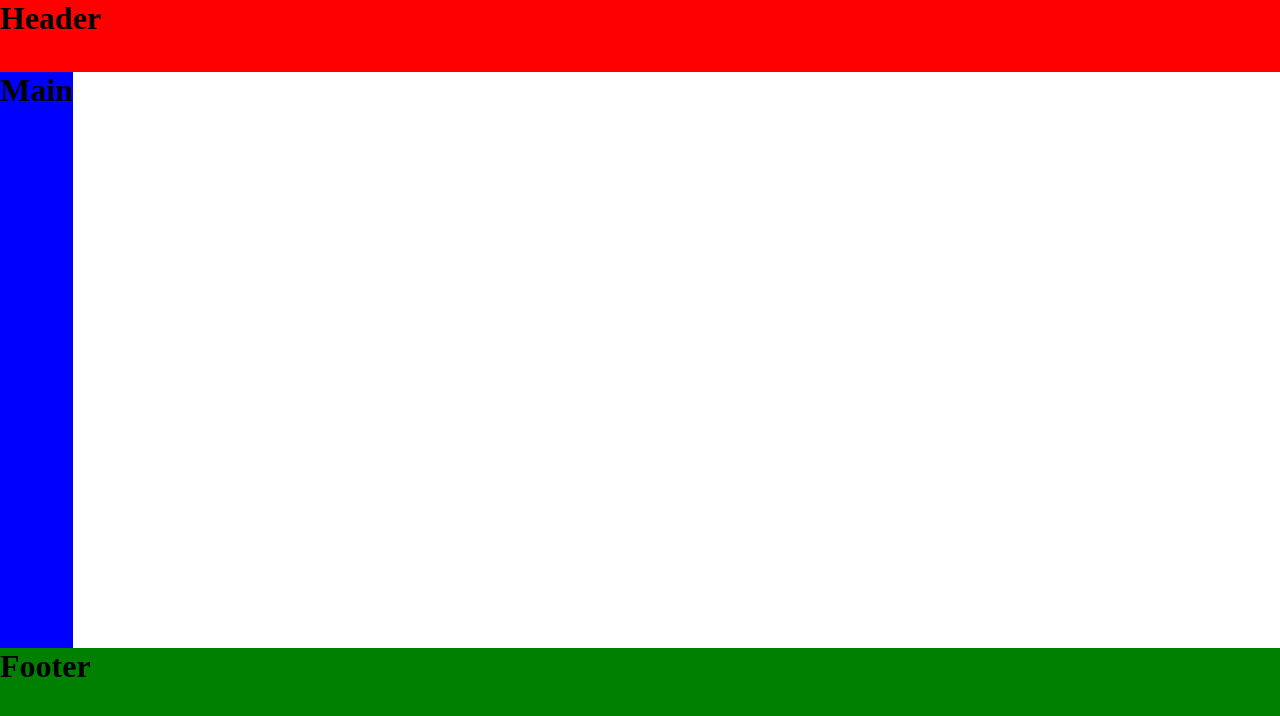
Repository: jameswilky/chess
Page: index.html
These files come from the project's save history. The page is drawn as it stood at one moment and after a run of saves; the edit follows.
The browser window is 1280 px wide. The pictures show the whole page.

Above is the page before, as saved 2018-11-22 08:35:26.
Console error: TypeError: Cannot read properties of null (reading 'getContext')

### index.html
<!DOCTYPE html>
<html>

<head>
    <meta charset="utf-8" />
    <title>Chess</title>
    <link href="style.css" rel="stylesheet">
</head>

<body>

    <div class="wrapper">
        <header>
            <h1>Header</h1>

        </header>
    </div>
    <div class="main">
        <h1>Main</h1>
        <!-- <div class="game">
            <canvas id="board"></canvas>
            <canvas id="markers"></canvas>
            <canvas id="chessmen_layer"></canvas>
        </div> -->
    </div>
    <footer>
        <h1>Footer</h1>
    </footer>
    </div>





</body>

<script src="board.js"></script>
<script src="chessmen.js"></script>
<script src="mouse.js"></script>
<script src="game.js"></script>

</html>

### style.css
* {
  padding: 0;
  margin: 0;
}

.main{
 position: absolute;
 top: 10%;
 bottom: 10%;
 background-color: blue;
}

.game{
  position: absolute;
  height: 480px;
  width: 480px;
  left:25%;
}

#board {
  left : 0; z-index:0; position: absolute;
}

#markers {
  left : 0; z-index:0; position: absolute;
}

#chessmen_layer {
 left : 0; z-index:1; position: absolute;
}

header{
  position: absolute;
  background-color: red;
  top:0;
  right: 0;
  left: 0;
  height: 10%;
}

footer{
  position: absolute;
  z-index: 3;
  right: 0;
  left: 0;
  background-color: green;
  height: 10%;
  bottom: 0;
}

### board.js
//Define globals
const WIDTH = 480;
const HEIGHT = 480;
const N = 8;
const TILE_SIZE = HEIGHT / N; // 60

//Define board canvas
const board = document.getElementById("board");
const board_ctx = board.getContext("2d");
board.height = HEIGHT;
board.width = WIDTH;
let primary_color = "#a87e2b";
let secondary_color = "#ffdf9e";

//Define marker layer
const markers = document.getElementById("markers");
const markers_ctx = markers.getContext("2d");
markers.height = HEIGHT;
markers.width = WIDTH;

//Define chessmen layer
const chessmen_layer = document.getElementById("chessmen_layer");
const chessmen_ctx = chessmen_layer.getContext("2d");
chessmen_layer.height = HEIGHT;
chessmen_layer.width = WIDTH;

//Used for drawing
function drawRect(ctx, x, y, color) {
  ctx.beginPath();
  ctx.rect(x, y, TILE_SIZE, TILE_SIZE);
  ctx.fillStyle = color;
  ctx.fill();
  ctx.closePath();
}

function initialize_board() {
  // Initialize graphical and logical board
  let i, j, x, y = 0;
  let prev_color;
  for (i = 0; i < N; i++) {
    y = TILE_SIZE * i;
    if (i % 2 == 0) { //If even, start with a black grid
      prev_color = secondary_color;
    }
    else { //If odd, start with a #ffcf7c grid
      prev_color = primary_color;
    }
    for (j = 0; j < N; j++) {
      x = TILE_SIZE * j;

      if (prev_color == primary_color) { //If last block black, make this block #ffcf7c
        prev_color = secondary_color;
      }
      else if (prev_color == secondary_color) { //If last block #ffcf7c, make this block black
        prev_color = primary_color;
      }
      drawRect(board_ctx, x, y, prev_color);

    }
  }
}

### chessmen.js
let chessmen = []; // Hold living chest piece objects

// Populate list of current chess pieces
function init_chessmen(items) {
  for (let id = 0; id < items.length; id++) {
    chessmen[id] = new Chessman(id, items[id].type, items[id].row, items[id].col, items[id].faction);
    chessmen[id].render(chessmen_ctx);
  }
}

//Chest piece constructor
function Chessman(id, type, row, col, faction) {
  this.name = type + "_" + faction + "_" + id;
  this.id = id;
  this.type = type;
  this.position = {
    logical: { col: col, row: row },
    graphical: { //calculate position of chest piece
      x: (col * TILE_SIZE), y: (row * TILE_SIZE)
    }
  }
  this.faction = faction;
  this.sprite = "/images/" + type + "_" + faction + ".png";
  this.options = []; // holds objects containing possible locations to move
  this.render = function () {
    //Draws the chest piece
    let img = new Image();
    let x = this.position.graphical.x;
    let y = this.position.graphical.y;
    console.log(x, y)

    img.onload = function () {
      //Loads when img.src is called
      chessmen_ctx.beginPath();
      chessmen_ctx.drawImage(img, x, y);
      chessmen_ctx.closePath();
    }
    img.src = this.sprite;
  }
  this.derender = function () {
    chessmen_ctx.beginPath();
    chessmen_ctx.clearRect(this.position.graphical.x, this.position.graphical.y, TILE_SIZE, TILE_SIZE);
    chessmen_ctx.closePath();
  }
  this.calculate_movement_options = function () {
    //This function is used to determine the coordinates of each possible move for a selected tile
    this.options = []; //clear last options
    let j = 0;
    let i = 0; //used to iterate through list of options
    //console.log(type, faction, row, col)
    let r = this.position.logical.row;
    let c = this.position.logical.col;

    let options = this.options;

    function check_tile(row, col, diag, isPawn) {
      //diag is an optional variable for pawn sideways movement logic
      diag = diag || false;
      isPawn = isPawn || false;

      //Checks the status of the board to see if the chessman can move to selected tile

      let option = {}; //edited, used to hold {faction:faction}
      //Check tile does not exceed bounds of the board
      if (row > 7 || row < 0 || col > 7 || col < 0) {
        return false;
      }

      //Check if target tile contains a chessman of same faction
      let isFriendly = false;
      let isEnemy = false;

      chessmen.forEach(chessman => {
        if (chessman.position.logical.row == row && chessman.position.logical.col == col) { //Check if position is occupied
          if (chessman.faction == faction) {
            isFriendly = true;
          }
          else { //tile is occupied by enemy
            isEnemy = true;
          }
          option.contains = chessman;
        }
      })

      //pawn logic
      if (diag && isEnemy) {
        option.row = row;
        option.col = col;
        options[i] = option;
        i++;
      }
      if (diag && !isEnemy) {
        return
      }

      //if tile does not contain friendly chessmen, or if its an enemy create new option
      if (!isFriendly || isEnemy) {
        option.row = row;
        option.col = col;
        options[i] = option;
        i++;
      }
      return isFriendly || isEnemy;

    }

    if (this.type == "pawn") {
      if (this.faction == "black") {
        check_tile(r + 1, c);//south
        check_tile(r + 1, c + 1, true) // south East
        check_tile(r + 1, c - 1, true) //south West
        if (this.nMoves == 0) {
          check_tile(r + 2, c); //Extra move on first turn
        }
      }
      if (this.faction == "white") {
        check_tile(r - 1, c); //north
        check_tile(r - 1, c + 1, true) // North East
        check_tile(r - 1, c - 1, true) //North West
        if (this.nMoves == 0) {
          check_tile(r - 2, c); //Extra move on first turn
        }
      }
    }
    if (this.type == "rook") {
      for (j = 0; j < N; j++) {// South
        if (check_tile(r + j + 1, c) == true) break
      }
      for (j = 0; j < N; j++) {// East
        if (check_tile(r, c + j + 1) == true) break
      }
      for (j = 0; j < N; j++) {// North
        if (check_tile(r - j - 1, c) == true) break
      }
      for (j = 0; j < N; j++) {// West
        if (check_tile(r, c - j - 1) == true) break
      }
    }
    if (this.type == "bishop") {
      for (j = 0; j < N; j++) { // South East
        if (check_tile(r + 1 + j, c + 1 + j) == true) break
      }
      for (j = 0; j < N; j++) { // South West
        if (check_tile(r + 1 + j, c - 1 - j) == true) break
      }
      for (j = 0; j < N; j++) { // North East
        if (check_tile(r - 1 - j, c + 1 + j) == true) break
      }
      for (j = 0; j < N; j++) { // North west
        if (check_tile(r - 1 - j, c - 1 - j) == true) break
      }
    }
    if (this.type == "queen") {
      for (j = 0; j < N; j++) { // South East
        if (check_tile(r + 1 + j, c + 1 + j) == true) break
      }
      for (j = 0; j < N; j++) { // South West
        if (check_tile(r + 1 + j, c - 1 - j) == true) break
      }
      for (j = 0; j < N; j++) { // North East
        if (check_tile(r - 1 - j, c + 1 + j) == true) break
      }
      for (j = 0; j < N; j++) { // North west
        if (check_tile(r - 1 - j, c - 1 - j) == true) break
      }
      for (j = 0; j < N; j++) {// South
        if (check_tile(r + j + 1, c) == true) break
      }
      for (j = 0; j < N; j++) {// East
        if (check_tile(r, c + j + 1) == true) break
      }
      for (j = 0; j < N; j++) {// North
        if (check_tile(r - j - 1, c) == true) break
      }
      for (j = 0; j < N; j++) {// West
        if (check_tile(r, c - j - 1) == true) break
      }
    }
    if (this.type == "king") {
      check_tile(r + 1, c + 1) //South East
      check_tile(r + 1, c - 1) //South West
      check_tile(r - 1, c + 1) // North East
      check_tile(r - 1, c - 1) //North West
      check_tile(r + 1, c) //south
      check_tile(r, c + 1) //east
      check_tile(r - 1, c) //north
      check_tile(r, c - 1) //west

    }
    if (this.type == "knight") {
      // Check each tile in clockwise order
      check_tile(r - 2, c + 1)
      check_tile(r - 1, c + 2)
      check_tile(r + 1, c + 2)
      check_tile(r + 2, c + 1)
      check_tile(r + 2, c - 1)
      check_tile(r + 1, c - 2)
      check_tile(r - 1, c - 2)
      check_tile(r - 2, c - 1)
    }

    //return array of options containing locations to highlight

  }
  this.show_movement_options = function () {
    this.options.forEach(option => {
      //Represent each available movement option with a highlighted tile
      drawRect(markers_ctx, (option.col * TILE_SIZE), (option.row * TILE_SIZE), "#635e55");
    })
  }
  this.hover = false;
  this.isKing = false;
  if (this.type == "king") {
    this.isKing = true;
  }

  this.nMoves = 0;
  this.points;
  if (this.type == "king") {
    this.points = 10;
  }
  if (this.type == "queen") {
    this.points = 9;
  }
  if (this.type == "bishop") {
    this.points = 3;
  }
  if (this.type == "knight") {
    this.points = 3;
  }
  if (this.type == "rook") {
    this.points = 5;
  }
  if (this.type == "pawn") {
    this.points = 1;
  }

  //Update graphical and logical position
  this.moveTo = function (col, row) {


    function moveIsValid(r1, r2, c1, c2, options) {
      let valid = false;

      if ((r1 == r2) && (c1 == c2)) {
        // if logical position is the same, no move was made
        valid = false;
      }
      options.forEach(option => {
        if (option.row == r2 && option.col == c2) {
          //todo check faction
          valid = true;
        }
      })
      return valid
    }

    if (moveIsValid(this.position.logical.row, row, this.position.logical.col, col, this.options)) {
      //If valid, Check if enemy chessman has been killed
      //check if desination contains an enemy
      let target = chessmen.find(chessman => {
        return (chessman.position.logical.row == row && chessman.position.logical.col == col)
      })

      // then render at new position and update logical position
      //console.log("Changed position of", chessman, "from row:", chessman.position.logical.row, " col:", chessman.position.logical.col, " to row:", row, "col:", col)

      this.derender(); //De render previous position
      this.position.logical.col = col;
      this.position.logical.row = row;
      this.position.graphical.x = this.position.logical.col * TILE_SIZE;
      this.position.graphical.y = this.position.logical.row * TILE_SIZE;
      this.derender(); //remove any chess pieces
      this.render();

      //If destination contains emeny, remove it from list of active chessmen
      if (target) {
        chessmen.splice(chessmen.indexOf(target), 1);
      }

      this.nMoves++; //used to testing if pawn is moved
      // // trigger movement event
      let event = new CustomEvent('moved');
      document.dispatchEvent(event);
    }
    else {
      //re-render original position
      this.render();
    }
  }
}

// Update location of chest pieces
function render_markers() {
  //Clear all markers
  markers_ctx.clearRect(0, 0, HEIGHT, WIDTH);

  //find chessman that matches mouse location and show movement markers
  chessmen.forEach(chessman => {
    if (chessman.hover == true) {
      chessman.show_movement_options();
    }
  });


}

### mouse.js
let dragging = false;
let selector = document.createElement("img");
;

selector.ondragstart = function () {
  return false;
};

//Compare two row/col coordinates
function coordsMatch(coord, piece) {
  let xmin = piece.x;
  let xmax = piece.x + TILE_SIZE;

  let ymin = piece.y;
  let ymax = piece.y + TILE_SIZE;

  if (
    (coord.x >= xmin) &&
    (coord.x < xmax) &&
    (coord.y >= ymin) &&
    (coord.y < ymax)
  ) {
    return true
  }
}

//Listen for when we hover over a chest piece, then draw the movement options
chessmen_layer.addEventListener('mousemove', (e) => {
  if (dragging == false) {
    let pos = {
      x: e.clientX,
      y: e.clientY
    };
    //Check all chessmen and check if clicked location matches a chessman location
    chessmen.forEach(chessman => {
      if (coordsMatch(pos, chessman.position.graphical)) {
        //If true, select that chessman
        chessman.hover = true;
      }
      else {
        //Otherwise, that chessman was not selected
        chessman.hover = false;
      }
    })
    render_markers();
  }
})

//Click and drag chessmen
chessmen_layer.addEventListener('mousedown', (e) => {

  dragging = true; //stop markers rendering while dragging pieces
  let pos = {
    x: e.clientX,
    y: e.clientY
  }
  //Check all chessmen and check if clicked location matches a chessman location
  chessmen.forEach(chessman => {
    if (coordsMatch(pos, chessman.position.graphical)) {
      if (chessman.faction == "black") {
        dragging = false;
        return
      }
      //If true, derender chessman from chessman_layer, and redraw on selector layer
      chessman.derender();

      //draw selector
      selector.style.position = 'absolute';
      selector.src = chessman.sprite;
      selector.id = 'selector';
      document.body.append(selector);

      //center selector at mouse locaiton
      moveAt(pos.x, pos.y);

      function moveAt(x, y) {
        selector.style.left = x - TILE_SIZE / 2 + 'px';
        selector.style.top = y - TILE_SIZE / 2 + 'px';
      }

      function onMouseMove(moveEvent) {
        moveAt(moveEvent.clientX, moveEvent.clientY);
      }

      // selector will follow mouse on movement
      document.addEventListener('mousemove', onMouseMove);


      // drop the selector, remove unneeded handlers
      chessmen_layer.onmouseup = function (upevent) {
        document.removeEventListener('mousemove', onMouseMove);

        //clear selector
        selector.src = ""
        // console.log("before", document.getElementById('selector'))
        // document.body.removeChild(document.getElementById('selector'))
        // console.log("after", document.getElementById('selector'))

        //convert mouse pos to a row/col logical value
        let dest = {
          x: Math.trunc(upevent.clientX / TILE_SIZE),
          y: Math.trunc(upevent.clientY / TILE_SIZE)
        }

        //console.log("Event 1")
        dragging = false; // allow marker rendering to continue
        chessmen_layer.onmouseup = null;
        //Update chessman logical location and snap to grid
        chessman.moveTo(dest.x, dest.y)
      };
    }
  })
})

### game.js
//Initialize default locations
let default_locations = [
  { tile: 0, type: "rook", row: 0, col: 0, faction: "black" },
  { tile: 1, type: "knight", row: 0, col: 1, faction: "black" },
  { tile: 2, type: "bishop", row: 0, col: 2, faction: "black" },
  { tile: 3, type: "king", row: 0, col: 3, faction: "black" },
  { tile: 4, type: "queen", row: 0, col: 4, faction: "black" },
  { tile: 5, type: "bishop", row: 0, col: 5, faction: "black" },
  { tile: 6, type: "knight", row: 0, col: 6, faction: "black" },
  { tile: 7, type: "rook", row: 0, col: 7, faction: "black" },
  { tile: 8, type: "pawn", row: 1, col: 0, faction: "black" },
  { tile: 9, type: "pawn", row: 1, col: 1, faction: "black" },
  { tile: 10, type: "pawn", row: 1, col: 2, faction: "black" },
  { tile: 11, type: "pawn", row: 1, col: 3, faction: "black" },
  { tile: 12, type: "pawn", row: 1, col: 4, faction: "black" },
  { tile: 13, type: "pawn", row: 1, col: 5, faction: "black" },
  { tile: 14, type: "pawn", row: 1, col: 6, faction: "black" },
  { tile: 15, type: "pawn", row: 1, col: 7, faction: "black" },

  { tile: 48, type: "pawn", row: 6, col: 0, faction: "white" },
  { tile: 49, type: "pawn", row: 6, col: 1, faction: "white" },
  { tile: 50, type: "pawn", row: 6, col: 2, faction: "white" },
  { tile: 51, type: "pawn", row: 6, col: 3, faction: "white" },
  { tile: 52, type: "pawn", row: 6, col: 4, faction: "white" },
  { tile: 53, type: "pawn", row: 6, col: 5, faction: "white" },
  { tile: 54, type: "pawn", row: 6, col: 6, faction: "white" },
  { tile: 55, type: "pawn", row: 6, col: 7, faction: "white" },
  { tile: 56, type: "rook", row: 7, col: 0, faction: "white" },
  { tile: 57, type: "knight", row: 7, col: 1, faction: "white" },
  { tile: 58, type: "bishop", row: 7, col: 2, faction: "white" },
  { tile: 59, type: "king", row: 7, col: 3, faction: "white" },
  { tile: 60, type: "queen", row: 7, col: 4, faction: "white" },
  { tile: 61, type: "bishop", row: 7, col: 5, faction: "white" },
  { tile: 62, type: "knight", row: 7, col: 6, faction: "white" },
  { tile: 63, type: "rook", row: 7, col: 7, faction: "white" },

]

let turn = 0;
let IsWhiteTurn = false;
let IsBlackTurn = false;
let game = true;
let AIOptions = [];


function set_turn() {
  if (turn % 2 == 0) {
    IsWhiteTurn = true;
    IsBlackTurn = false;
    //console.log("White players turn")
  }
  else {
    IsBlackTurn = true;
    IsWhiteTurn = false;
    //console.log("Black players turn")
  }
  turn += 1;
}

function determineAIOptions() {
  let AIOptions = [];
  let i = 0;
  chessmen.forEach(chessman => {
    if (chessman.faction == 'black') {
      chessman.options.forEach(option => {
        let AIOption = {}; //dereference object
        AIOption.row = option.row;
        AIOption.col = option.col;
        if (option.contains) {
          AIOption.points = option.contains.points;
        }
        AIOption.chessman = chessman;
        AIOptions[i] = AIOption;
        i++;
      })
    }
  })
  return AIOptions;

}

function AIMove(options) {
  let max = 0;
  let choice = {};
  options.forEach(option => {
    if (option.points) {
      if (option.points > max) {
        max = option.points;
        choice = option;
      }
    }
  })
  if (max == 0) {
    choice = options[Math.floor(Math.random() * options.length)];  //Return a random choice
  }
  choice.chessman.moveTo(choice.col, choice.row)
  //calculate AI
}


//Set up board
initialize_board();
init_chessmen(default_locations);
chessmen.forEach(chessman => {
  chessman.calculate_movement_options();
})
set_turn();
function checkKing() {
  let kings = chessmen.filter(chessman => chessman.isKing == true)
  if (kings.length == 1) {
    alert(kings[0].faction + " Wins!!!")
  }
}

// Listen for movement
document.addEventListener('moved', function (event) {
  //check if king died last turn;
  checkKing();
  set_turn();
  //Calculate new movement positiifons
  chessmen.forEach(chessman => {
    chessman.calculate_movement_options();
  })

  if (IsBlackTurn) {
    //Run black turn AI
    chessmen.forEach(chessman => {
      chessman.calculate_movement_options(); //assign new options
    })
    AIOptions = determineAIOptions();
    AIMove(AIOptions);
  }
}, false);

After the next 2 saves:
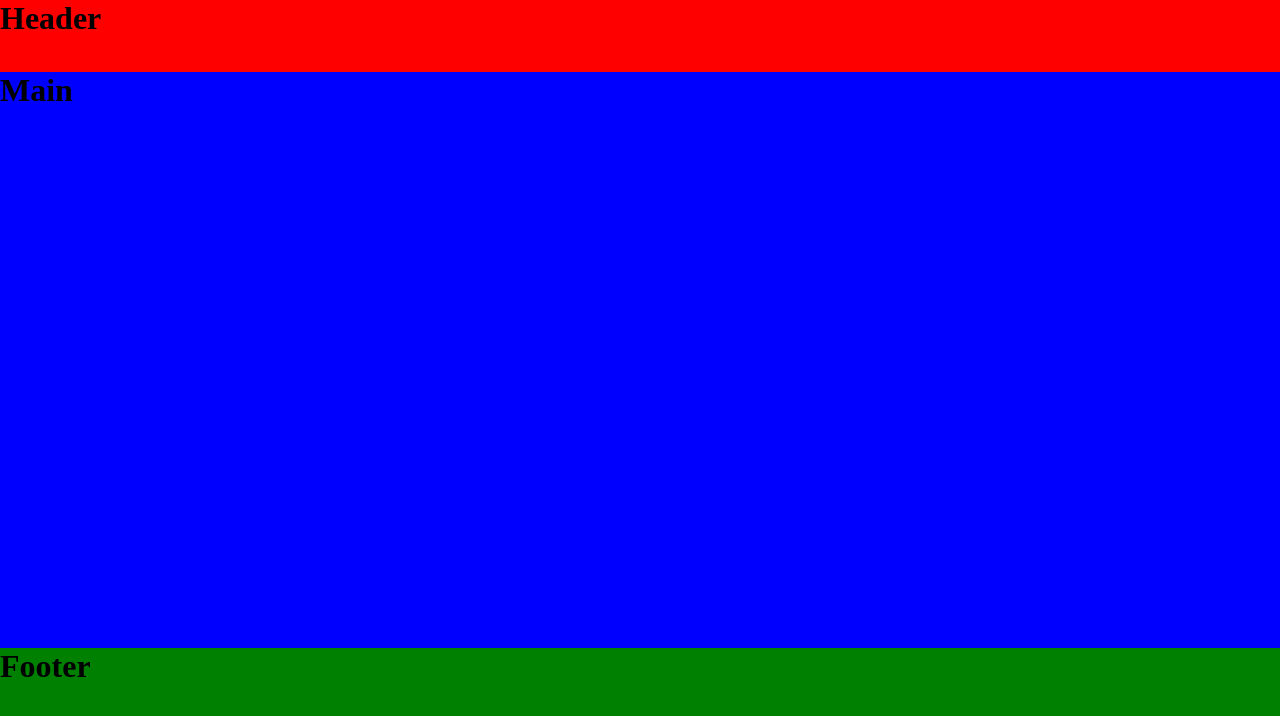
The 2 saves are shown as one change because they came seconds apart.
The last was saved 12 s later.
--- a/style.css
+++ b/style.css
@@ -7,6 +7,8 @@
  position: absolute;
  top: 10%;
  bottom: 10%;
+ right:0;
+ left:0;
  background-color: blue;
 }
 
